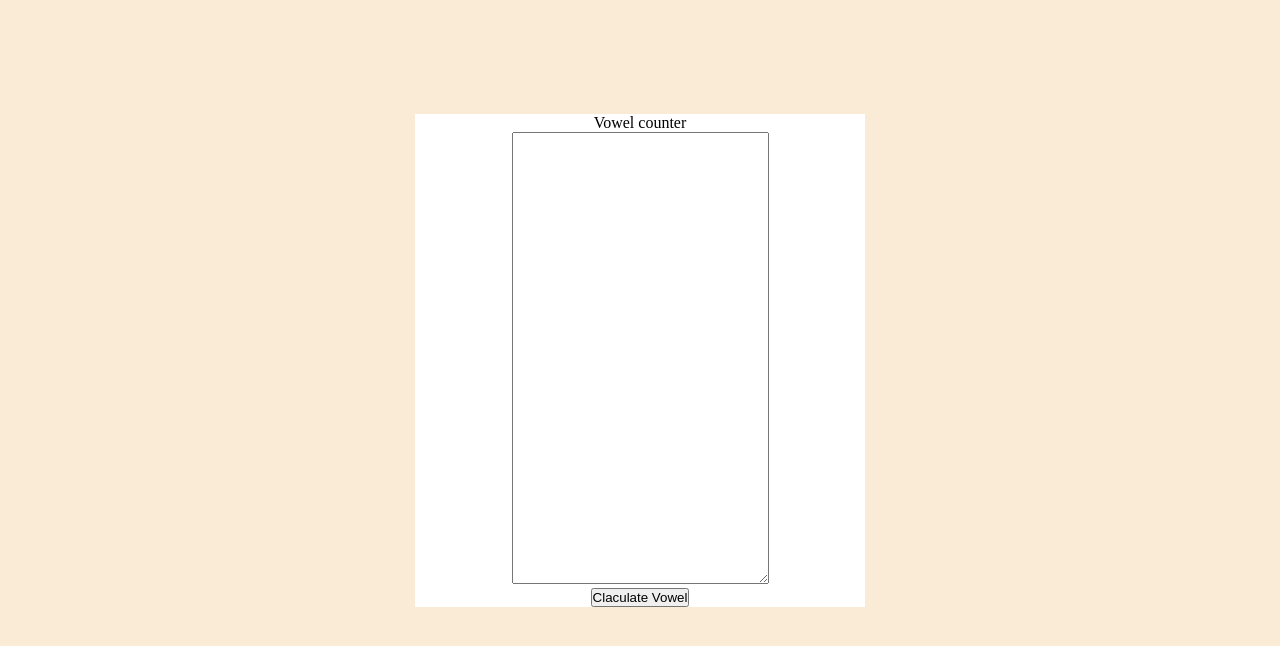
Repository: JunaidAnsari202/Vowel-counter
Page: index.html
The author's editor kept a copy of each file at every save. The page is drawn from the files as they stood at one save, then again after a run of saves.
The browser window is 1280 px wide. The pictures show the whole page.

Above is the page before, as saved 2024-10-17 11:37:52.

After the next 2 saves:
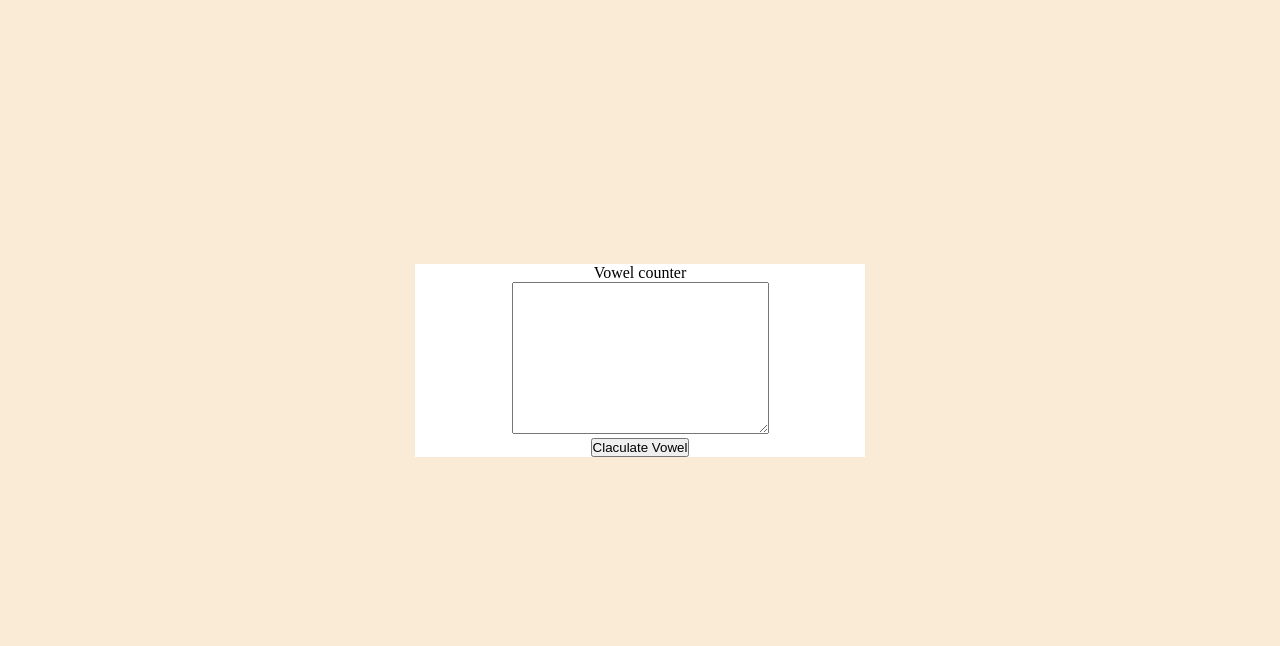
The 2 saves are shown as one change because they came seconds apart.
The last was saved 5 s later.
--- a/index.html
+++ b/index.html
@@ -10,7 +10,7 @@
     <div class="container">
         <div class="header">Vowel counter</div>
         <div class="textarea">
-            <textarea name="vowelinput" id="textarea" rows="30" cols="30"></textarea>
+            <textarea name="vowelinput" id="textarea" rows="10" cols="30"></textarea>
         </div>
         <div class="count">
             <button id="count">Claculate Vowel</button>
